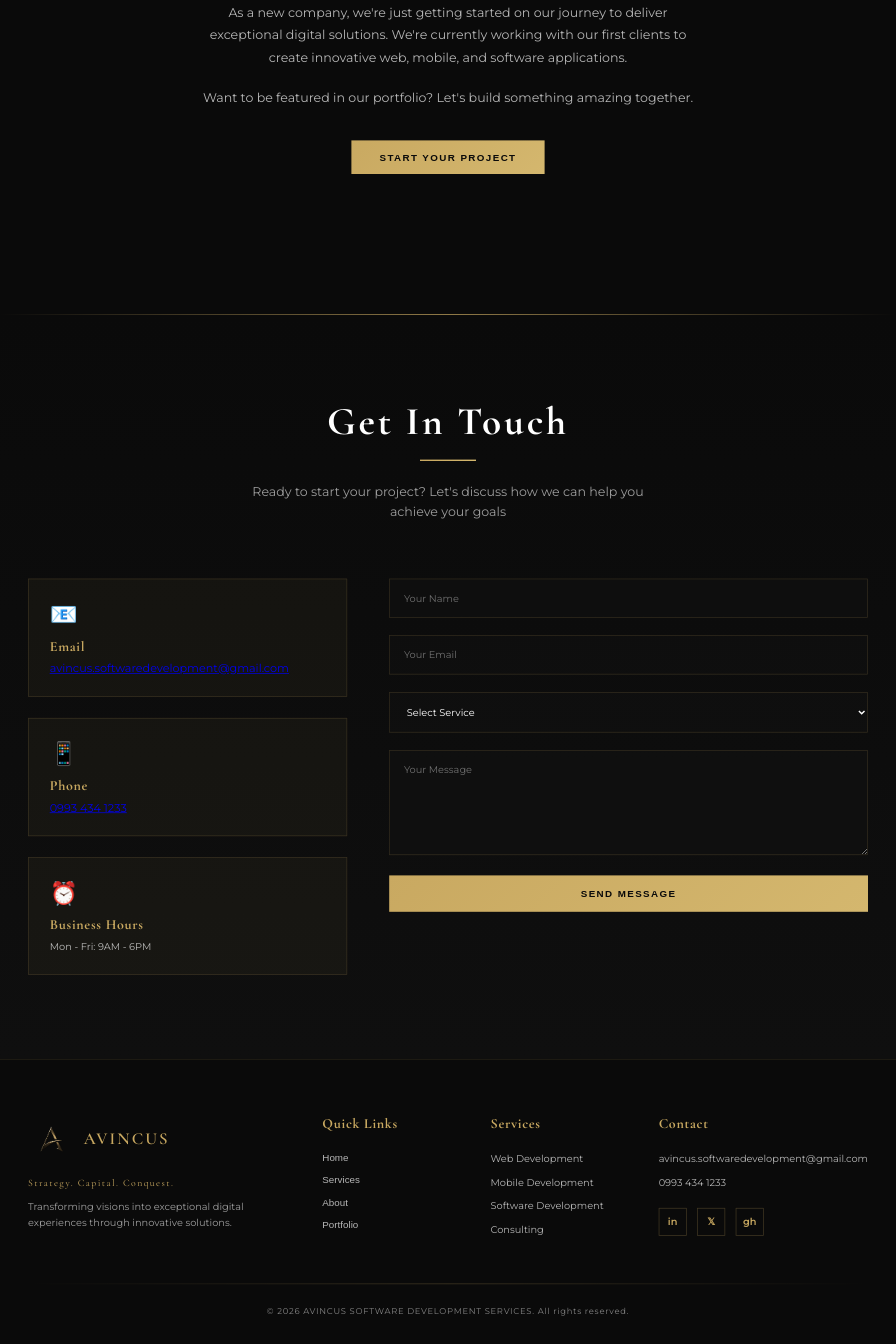
Repository: GiLLBaTesx/avincus-website
Page: /
An editor plug-in stored every save of this project. The page is shown before and after the next save, followed by the edit.
The browser window is 1280 px wide. The pictures show the part of the page from y = 3561 to 5481 px (the page is 5481 px tall), at 70% of full size.
The project was rebuilt for these pictures with package versions that can differ from the ones it lists, and the page was loaded fresh each time.

Above is the page before, as saved 2026-05-28 12:23:23.

### public/index.html
<!DOCTYPE html>
<html lang="en">
  <head>
    <meta charset="utf-8" />
    <link rel="icon" href="%PUBLIC_URL%/avincus-logo.png" />
    <meta name="viewport" content="width=device-width, initial-scale=1" />
    <meta name="theme-color" content="#0a0a0a" />
    <meta
      name="description"
      content="AVINCUS SOFTWARE DEVELOPMENT SERVICES - Premium Software Development | Web, Mobile & Software Solutions"
    />
    <link rel="preconnect" href="https://fonts.googleapis.com">
    <link rel="preconnect" href="https://fonts.gstatic.com" crossorigin>
    <link href="https://fonts.googleapis.com/css2?family=Cormorant+Garamond:wght@300;400;500;600;700&family=Montserrat:wght@300;400;500;600;700&display=swap" rel="stylesheet">
    <title>AVINCUS SOFTWARE DEVELOPMENT SERVICES - Strategy. Capital. Conquest.</title>
  </head>
  <body>
    <noscript>You need to enable JavaScript to run this app.</noscript>
    <div id="root"></div>
  </body>
</html>

### src/index.css
* {
  margin: 0;
  padding: 0;
  box-sizing: border-box;
}

body {
  margin: 0;
  font-family: 'Montserrat', -apple-system, BlinkMacSystemFont, 'Segoe UI', 'Roboto', 'Oxygen',
    'Ubuntu', 'Cantarell', 'Fira Sans', 'Droid Sans', 'Helvetica Neue',
    sans-serif;
  -webkit-font-smoothing: antialiased;
  -moz-osx-font-smoothing: grayscale;
  background-color: #0a0a0a;
  color: #ffffff;
  overflow-x: hidden;
}

code {
  font-family: source-code-pro, Menlo, Monaco, Consolas, 'Courier New',
    monospace;
}

::-webkit-scrollbar {
  width: 10px;
}

::-webkit-scrollbar-track {
  background: #0a0a0a;
}

::-webkit-scrollbar-thumb {
  background: #c9a961;
  border-radius: 5px;
}

::-webkit-scrollbar-thumb:hover {
  background: #d4b76e;
}

### src/App.css
.App {
  min-height: 100vh;
  background-color: #0a0a0a;
}

/* Smooth scrolling */
html {
  scroll-behavior: smooth;
}

/* Section styling */
section {
  position: relative;
  overflow: hidden;
}

/* Gold accent line */
.gold-line {
  width: 60px;
  height: 2px;
  background: linear-gradient(90deg, #c9a961, #d4b76e);
  margin: 20px auto;
}

/* Animations */
@keyframes fadeInUp {
  from {
    opacity: 0;
    transform: translateY(30px);
  }
  to {
    opacity: 1;
    transform: translateY(0);
  }
}

@keyframes fadeIn {
  from {
    opacity: 0;
  }
  to {
    opacity: 1;
  }
}

@keyframes shimmer {
  0% {
    background-position: -1000px 0;
  }
  100% {
    background-position: 1000px 0;
  }
}

.fade-in-up {
  animation: fadeInUp 0.8s ease-out forwards;
}

.fade-in {
  animation: fadeIn 1s ease-out forwards;
}

/* Responsive typography */
@media (max-width: 768px) {
  html {
    font-size: 14px;
  }
}

@media (max-width: 480px) {
  html {
    font-size: 12px;
  }
}

### src/components/Navbar.css
.navbar {
  position: fixed;
  top: 0;
  left: 0;
  right: 0;
  z-index: 1000;
  padding: 20px 0;
  transition: all 0.3s ease;
  background: transparent;
}

.navbar.scrolled {
  background: rgba(10, 10, 10, 0.95);
  backdrop-filter: blur(10px);
  padding: 15px 0;
  box-shadow: 0 2px 20px rgba(201, 169, 97, 0.1);
}

.navbar-container {
  max-width: 1400px;
  margin: 0 auto;
  padding: 0 40px;
  display: flex;
  justify-content: space-between;
  align-items: center;
}

.navbar-logo {
  display: flex;
  align-items: center;
  gap: 12px;
  cursor: pointer;
  transition: transform 0.3s ease;
}

.navbar-logo:hover {
  transform: translateY(-2px);
}

.logo-image {
  width: 67.5px;
  height: 67.5px;
  object-fit: contain;
  transition: transform 0.3s ease;
}

.logo-text {
  font-family: 'Cormorant Garamond', serif;
  font-size: 24px;
  font-weight: 600;
  letter-spacing: 3px;
  color: #c9a961;
}

.navbar-menu {
  display: flex;
  gap: 40px;
  align-items: center;
}

.nav-link {
  background: none;
  border: none;
  color: #ffffff;
  font-size: 14px;
  font-weight: 500;
  letter-spacing: 1px;
  text-transform: uppercase;
  cursor: pointer;
  position: relative;
  padding: 8px 0;
  transition: color 0.3s ease;
}

.nav-link::after {
  content: '';
  position: absolute;
  bottom: 0;
  left: 0;
  width: 0;
  height: 2px;
  background: linear-gradient(90deg, #c9a961, #d4b76e);
  transition: width 0.3s ease;
}

.nav-link:hover {
  color: #c9a961;
}

.nav-link:hover::after {
  width: 100%;
}

.nav-link-cta {
  background: linear-gradient(135deg, #c9a961, #d4b76e);
  color: #0a0a0a;
  padding: 12px 30px;
  border-radius: 0;
  font-weight: 600;
  transition: all 0.3s ease;
}

.nav-link-cta::after {
  display: none;
}

.nav-link-cta:hover {
  background: linear-gradient(135deg, #d4b76e, #e0c87f);
  color: #0a0a0a;
  transform: translateY(-2px);
  box-shadow: 0 5px 20px rgba(201, 169, 97, 0.3);
}

.navbar-toggle {
  display: none;
  flex-direction: column;
  gap: 6px;
  background: none;
  border: none;
  cursor: pointer;
  padding: 5px;
}

.bar {
  width: 30px;
  height: 2px;
  background: #c9a961;
  transition: all 0.3s ease;
}

.bar.active:nth-child(1) {
  transform: rotate(45deg) translate(8px, 8px);
}

.bar.active:nth-child(2) {
  opacity: 0;
}

.bar.active:nth-child(3) {
  transform: rotate(-45deg) translate(8px, -8px);
}

@media (max-width: 968px) {
  .navbar-toggle {
    display: flex;
  }

  .navbar-menu {
    position: fixed;
    top: 70px;
    right: -100%;
    width: 300px;
    height: calc(100vh - 70px);
    background: rgba(10, 10, 10, 0.98);
    backdrop-filter: blur(10px);
    flex-direction: column;
    padding: 40px;
    gap: 30px;
    transition: right 0.3s ease;
    border-left: 1px solid rgba(201, 169, 97, 0.2);
  }

  .navbar-menu.active {
    right: 0;
  }

  .nav-link {
    width: 100%;
    text-align: left;
    font-size: 16px;
  }

  .nav-link-cta {
    text-align: center;
  }
}

@media (max-width: 480px) {
  .navbar-container {
    padding: 0 20px;
  }

  .logo-text {
    font-size: 20px;
  }

  .logo-image {
    width: 60px;
    height: 60px;
  }
}

### src/components/Services.css
.services {
  min-height: 100vh;
  padding: 120px 40px;
  background: #0a0a0a;
  position: relative;
}

.services::before {
  content: '';
  position: absolute;
  top: 0;
  left: 0;
  right: 0;
  height: 1px;
  background: linear-gradient(90deg, transparent, #c9a961, transparent);
}

.services-container {
  max-width: 1400px;
  margin: 0 auto;
}

.services-header {
  text-align: center;
  margin-bottom: 80px;
  opacity: 0;
  transform: translateY(30px);
  transition: all 0.8s ease-out;
}

.services-header.visible {
  opacity: 1;
  transform: translateY(0);
}

.section-title {
  font-family: 'Cormorant Garamond', serif;
  font-size: 56px;
  font-weight: 700;
  letter-spacing: 4px;
  color: #ffffff;
  margin-bottom: 20px;
}

.gold-line {
  width: 80px;
  height: 2px;
  background: linear-gradient(90deg, #c9a961, #d4b76e);
  margin: 0 auto 30px;
}

.section-subtitle {
  font-size: 18px;
  color: rgba(255, 255, 255, 0.6);
  max-width: 600px;
  margin: 0 auto;
  line-height: 1.6;
}

.services-grid {
  display: grid;
  grid-template-columns: repeat(auto-fit, minmax(350px, 1fr));
  gap: 40px;
}

.service-card {
  background: linear-gradient(135deg, rgba(201, 169, 97, 0.05), rgba(10, 10, 10, 0.8));
  border: 1px solid rgba(201, 169, 97, 0.2);
  padding: 50px 40px;
  transition: all 0.4s ease;
  position: relative;
  overflow: hidden;
  opacity: 0;
  transform: translateY(30px);
}

.service-card.visible {
  animation: fadeInUp 0.8s ease-out forwards;
}

.service-card::before {
  content: '';
  position: absolute;
  top: 0;
  left: -100%;
  width: 100%;
  height: 100%;
  background: linear-gradient(90deg, transparent, rgba(201, 169, 97, 0.1), transparent);
  transition: left 0.6s ease;
}

.service-card:hover::before {
  left: 100%;
}

.service-card:hover {
  transform: translateY(-10px);
  border-color: #c9a961;
  box-shadow: 0 20px 60px rgba(201, 169, 97, 0.2);
}

.service-icon {
  font-size: 64px;
  margin-bottom: 30px;
  filter: grayscale(100%) brightness(1.5);
  transition: all 0.3s ease;
}

.service-card:hover .service-icon {
  filter: grayscale(0%) brightness(1);
  transform: scale(1.1);
}

.service-title {
  font-family: 'Cormorant Garamond', serif;
  font-size: 32px;
  font-weight: 600;
  color: #c9a961;
  margin-bottom: 20px;
  letter-spacing: 2px;
}

.service-description {
  font-size: 16px;
  line-height: 1.8;
  color: rgba(255, 255, 255, 0.7);
  margin-bottom: 30px;
}

.service-features {
  list-style: none;
  margin-bottom: 40px;
}

.service-features li {
  padding: 12px 0;
  color: rgba(255, 255, 255, 0.8);
  font-size: 14px;
  display: flex;
  align-items: center;
  gap: 15px;
  border-bottom: 1px solid rgba(201, 169, 97, 0.1);
}

.feature-bullet {
  color: #c9a961;
  font-size: 10px;
}

.service-button {
  background: transparent;
  border: 2px solid #c9a961;
  color: #c9a961;
  padding: 12px 30px;
  font-size: 12px;
  font-weight: 600;
  letter-spacing: 2px;
  text-transform: uppercase;
  cursor: pointer;
  transition: all 0.3s ease;
  width: 100%;
}

.service-button:hover {
  background: #c9a961;
  color: #0a0a0a;
  transform: translateY(-2px);
}

@media (max-width: 968px) {
  .services {
    padding: 80px 30px;
  }

  .section-title {
    font-size: 42px;
  }

  .services-grid {
    grid-template-columns: 1fr;
    gap: 30px;
  }
}

@media (max-width: 480px) {
  .services {
    padding: 60px 20px;
  }

  .section-title {
    font-size: 36px;
  }

  .service-card {
    padding: 40px 30px;
  }

  .service-icon {
    font-size: 48px;
  }

  .service-title {
    font-size: 26px;
  }
}

### src/components/About.css
.about {
  min-height: 100vh;
  padding: 120px 40px;
  background: linear-gradient(180deg, #0a0a0a 0%, #0f0f0f 100%);
  position: relative;
}

.about::before {
  content: '';
  position: absolute;
  top: 0;
  left: 0;
  right: 0;
  height: 1px;
  background: linear-gradient(90deg, transparent, #c9a961, transparent);
}

.about-container {
  max-width: 1400px;
  margin: 0 auto;
}

.about-content {
  display: grid;
  grid-template-columns: 1fr 1fr;
  gap: 80px;
  align-items: center;
}

.about-text {
  opacity: 0;
  transform: translateX(-30px);
  transition: all 0.8s ease-out;
}

.about-text.visible {
  opacity: 1;
  transform: translateX(0);
}

.about-description {
  font-size: 16px;
  line-height: 1.8;
  color: rgba(255, 255, 255, 0.7);
  margin-bottom: 25px;
}

.about-values {
  display: grid;
  grid-template-columns: repeat(3, 1fr);
  gap: 30px;
  margin-top: 50px;
}

.value-item {
  text-align: center;
  padding: 30px 20px;
  background: rgba(201, 169, 97, 0.05);
  border: 1px solid rgba(201, 169, 97, 0.2);
  transition: all 0.3s ease;
}

.value-item:hover {
  background: rgba(201, 169, 97, 0.1);
  border-color: #c9a961;
  transform: translateY(-5px);
}

.value-item h3 {
  font-family: 'Cormorant Garamond', serif;
  font-size: 24px;
  color: #c9a961;
  margin-bottom: 10px;
  letter-spacing: 2px;
}

.value-item p {
  font-size: 14px;
  color: rgba(255, 255, 255, 0.6);
}

.about-stats {
  display: grid;
  grid-template-columns: repeat(2, 1fr);
  gap: 40px;
  opacity: 0;
  transform: translateX(30px);
  transition: all 0.8s ease-out;
}

.about-stats.visible {
  opacity: 1;
  transform: translateX(0);
}

.stat-item {
  text-align: center;
  padding: 50px 30px;
  background: linear-gradient(135deg, rgba(201, 169, 97, 0.1), rgba(10, 10, 10, 0.5));
  border: 1px solid rgba(201, 169, 97, 0.3);
  position: relative;
  overflow: hidden;
  opacity: 0;
  animation: fadeInUp 0.8s ease-out forwards;
}

.stat-item::before {
  content: '';
  position: absolute;
  top: 0;
  left: 0;
  right: 0;
  height: 3px;
  background: linear-gradient(90deg, #c9a961, #d4b76e);
  transform: scaleX(0);
  transition: transform 0.6s ease;
}

.stat-item:hover::before {
  transform: scaleX(1);
}

.stat-number {
  font-family: 'Cormorant Garamond', serif;
  font-size: 56px;
  font-weight: 700;
  color: #c9a961;
  margin-bottom: 15px;
  letter-spacing: 2px;
}

.stat-label {
  font-size: 14px;
  color: rgba(255, 255, 255, 0.7);
  text-transform: uppercase;
  letter-spacing: 2px;
}

@media (max-width: 968px) {
  .about {
    padding: 80px 30px;
  }

  .about-content {
    grid-template-columns: 1fr;
    gap: 60px;
  }

  .about-values {
    grid-template-columns: 1fr;
    gap: 20px;
  }

  .about-stats {
    grid-template-columns: repeat(2, 1fr);
    gap: 20px;
  }

  .stat-item {
    padding: 40px 20px;
  }

  .stat-number {
    font-size: 42px;
  }
}

@media (max-width: 480px) {
  .about {
    padding: 60px 20px;
  }

  .about-stats {
    grid-template-columns: 1fr;
  }

  .stat-number {
    font-size: 36px;
  }
}

### src/components/Contact.css
.contact {
  min-height: 100vh;
  padding: 120px 40px;
  background: linear-gradient(180deg, #0a0a0a 0%, #0f0f0f 100%);
  position: relative;
}

.contact::before {
  content: '';
  position: absolute;
  top: 0;
  left: 0;
  right: 0;
  height: 1px;
  background: linear-gradient(90deg, transparent, #c9a961, transparent);
}

.contact-container {
  max-width: 1400px;
  margin: 0 auto;
}

.contact-header {
  text-align: center;
  margin-bottom: 80px;
  opacity: 0;
  transform: translateY(30px);
  transition: all 0.8s ease-out;
}

.contact-header.visible {
  opacity: 1;
  transform: translateY(0);
}

.contact-content {
  display: grid;
  grid-template-columns: 1fr 1.5fr;
  gap: 60px;
}

.contact-info {
  display: flex;
  flex-direction: column;
  gap: 30px;
  opacity: 0;
  transform: translateX(-30px);
  transition: all 0.8s ease-out;
}

.contact-info.visible {
  opacity: 1;
  transform: translateX(0);
}

.info-item {
  padding: 30px;
  background: rgba(201, 169, 97, 0.05);
  border: 1px solid rgba(201, 169, 97, 0.2);
  transition: all 0.3s ease;
}

.info-item:hover {
  background: rgba(201, 169, 97, 0.1);
  border-color: #c9a961;
  transform: translateX(10px);
}

.info-icon {
  font-size: 32px;
  margin-bottom: 15px;
}

.info-item h3 {
  font-family: 'Cormorant Garamond', serif;
  font-size: 20px;
  color: #c9a961;
  margin-bottom: 10px;
  letter-spacing: 1px;
}

.info-item p {
  font-size: 14px;
  color: rgba(255, 255, 255, 0.7);
}

.contact-form {
  opacity: 0;
  transform: translateX(30px);
  transition: all 0.8s ease-out;
}

.contact-form.visible {
  opacity: 1;
  transform: translateX(0);
}

.form-group {
  margin-bottom: 25px;
}

.form-input {
  width: 100%;
  padding: 18px 20px;
  background: rgba(15, 15, 15, 0.8);
  border: 1px solid rgba(201, 169, 97, 0.2);
  color: #ffffff;
  font-size: 14px;
  font-family: 'Montserrat', sans-serif;
  transition: all 0.3s ease;
}

.form-input:focus {
  outline: none;
  border-color: #c9a961;
  background: rgba(15, 15, 15, 1);
  box-shadow: 0 0 20px rgba(201, 169, 97, 0.1);
}

.form-input::placeholder {
  color: rgba(255, 255, 255, 0.4);
}

select.form-input {
  cursor: pointer;
}

textarea.form-input {
  resize: vertical;
  min-height: 150px;
}

.form-submit {
  width: 100%;
  padding: 18px;
  background: linear-gradient(135deg, #c9a961, #d4b76e);
  border: none;
  color: #0a0a0a;
  font-size: 14px;
  font-weight: 600;
  letter-spacing: 2px;
  text-transform: uppercase;
  cursor: pointer;
  transition: all 0.3s ease;
}

.form-submit:hover {
  transform: translateY(-3px);
  box-shadow: 0 10px 30px rgba(201, 169, 97, 0.4);
}

@media (max-width: 968px) {
  .contact {
    padding: 80px 30px;
  }

  .contact-content {
    grid-template-columns: 1fr;
    gap: 50px;
  }
}

@media (max-width: 480px) {
  .contact {
    padding: 60px 20px;
  }

  .info-item {
    padding: 25px;
  }

  .form-input {
    padding: 15px;
  }
}

### src/components/Footer.css
.footer {
  background: #0a0a0a;
  padding: 80px 40px 40px;
  border-top: 1px solid rgba(201, 169, 97, 0.2);
}

.footer-container {
  max-width: 1400px;
  margin: 0 auto;
}

.footer-content {
  display: grid;
  grid-template-columns: 2fr 1fr 1fr 1fr;
  gap: 60px;
  margin-bottom: 60px;
}

.footer-brand {
  max-width: 350px;
}

.footer-logo {
  display: flex;
  align-items: center;
  gap: 12px;
  margin-bottom: 20px;
}

.footer-logo-image {
  width: 67.5px;
  height: 67.5px;
  object-fit: contain;
}

.footer-logo-text {
  font-family: 'Cormorant Garamond', serif;
  font-size: 24px;
  font-weight: 600;
  letter-spacing: 3px;
  color: #c9a961;
}

.footer-tagline {
  font-family: 'Cormorant Garamond', serif;
  font-size: 14px;
  color: #c9a961;
  letter-spacing: 2px;
  margin-bottom: 15px;
}

.footer-description {
  font-size: 14px;
  line-height: 1.6;
  color: rgba(255, 255, 255, 0.6);
}

.footer-links h3,
.footer-services h3,
.footer-contact h3 {
  font-family: 'Cormorant Garamond', serif;
  font-size: 20px;
  color: #c9a961;
  margin-bottom: 20px;
  letter-spacing: 1px;
}

.footer-links button {
  display: block;
  background: none;
  border: none;
  color: rgba(255, 255, 255, 0.7);
  font-size: 14px;
  padding: 8px 0;
  cursor: pointer;
  text-align: left;
  transition: all 0.3s ease;
}

.footer-links button:hover {
  color: #c9a961;
  transform: translateX(5px);
}

.footer-services p,
.footer-contact p {
  font-size: 14px;
  color: rgba(255, 255, 255, 0.7);
  padding: 8px 0;
}

.footer-social {
  display: flex;
  gap: 15px;
  margin-top: 20px;
}

.footer-social a {
  width: 40px;
  height: 40px;
  display: flex;
  align-items: center;
  justify-content: center;
  border: 1px solid rgba(201, 169, 97, 0.3);
  color: #c9a961;
  text-decoration: none;
  font-size: 14px;
  font-weight: 600;
  transition: all 0.3s ease;
}

.footer-social a:hover {
  background: #c9a961;
  color: #0a0a0a;
  border-color: #c9a961;
  transform: translateY(-3px);
}

.footer-bottom {
  text-align: center;
}

.footer-divider {
  height: 1px;
  background: linear-gradient(90deg, transparent, rgba(201, 169, 97, 0.3), transparent);
  margin-bottom: 30px;
}

.footer-copyright {
  font-size: 12px;
  color: rgba(255, 255, 255, 0.5);
  letter-spacing: 1px;
}

@media (max-width: 968px) {
  .footer {
    padding: 60px 30px 30px;
  }

  .footer-content {
    grid-template-columns: 1fr 1fr;
    gap: 40px;
  }

  .footer-brand {
    grid-column: 1 / -1;
    max-width: 100%;
  }
}

@media (max-width: 480px) {
  .footer {
    padding: 40px 20px 20px;
  }

  .footer-content {
    grid-template-columns: 1fr;
    gap: 30px;
  }

  .footer-brand {
    grid-column: 1;
  }
}

Loaded but not shown: src/index.js (common file); src/components/Contact.js (159 lines, source omitted); src/components/Services.js (109 lines, source omitted); src/components/About.js (87 lines, source omitted); src/components/Footer.js (66 lines, source omitted); src/components/Portfolio.js (67 lines, source omitted); src/components/Hero.js (60 lines, source omitted); src/components/Navbar.js (45 lines, source omitted); src/App.js (36 lines, source omitted); src/components/Hero.css (344 lines, source omitted); src/components/Portfolio.css (292 lines, source omitted)

After the next save:
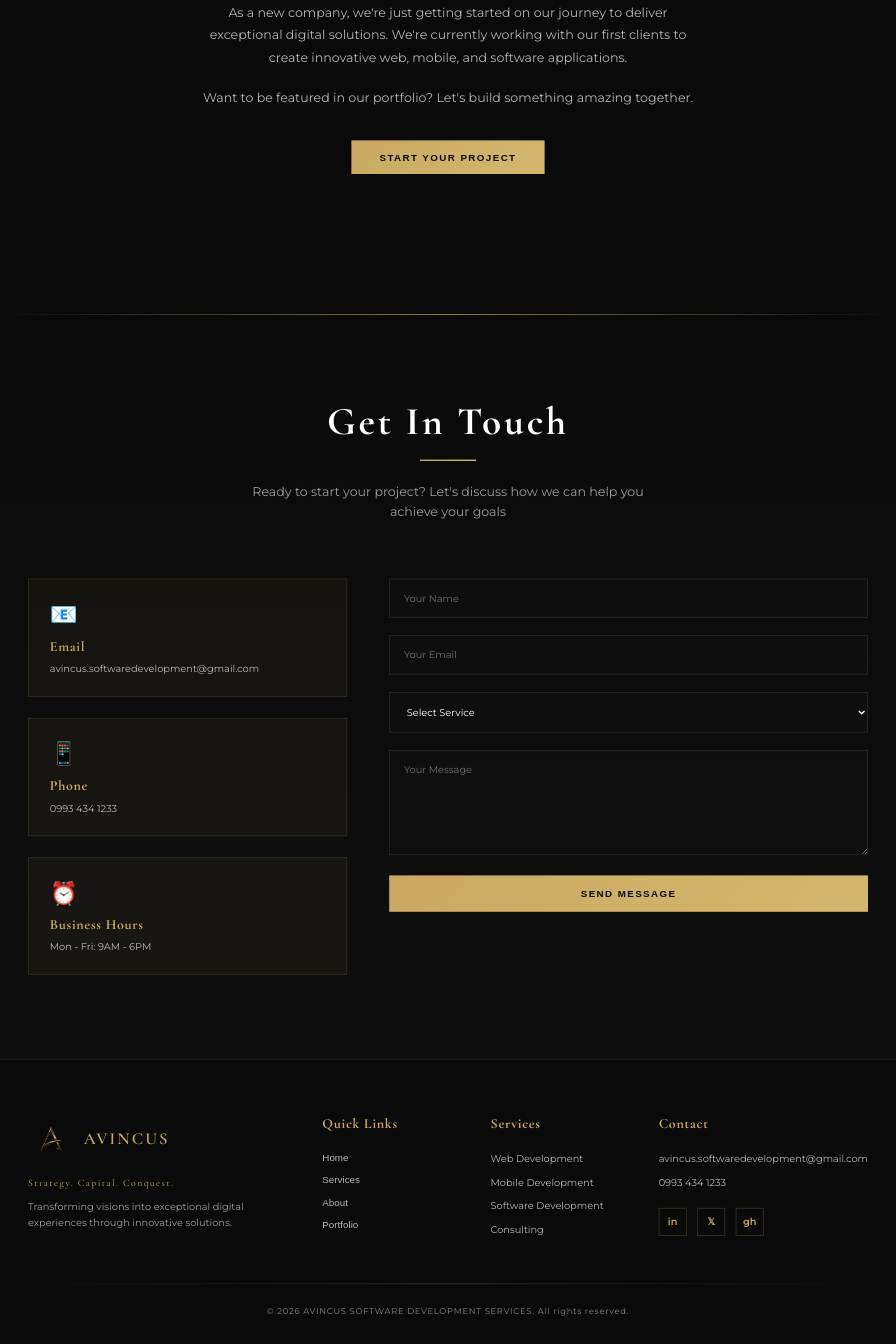
Saved 11 s later.
--- a/src/components/Contact.css
+++ b/src/components/Contact.css
@@ -82,6 +82,19 @@
 .info-item p {
   font-size: 14px;
   color: rgba(255, 255, 255, 0.7);
+}
+
+.info-link {
+  font-size: 14px;
+  color: rgba(255, 255, 255, 0.7);
+  text-decoration: none;
+  transition: all 0.3s ease;
+  display: inline-block;
+}
+
+.info-link:hover {
+  color: #c9a961;
+  transform: translateX(5px);
 }
 
 .contact-form {
